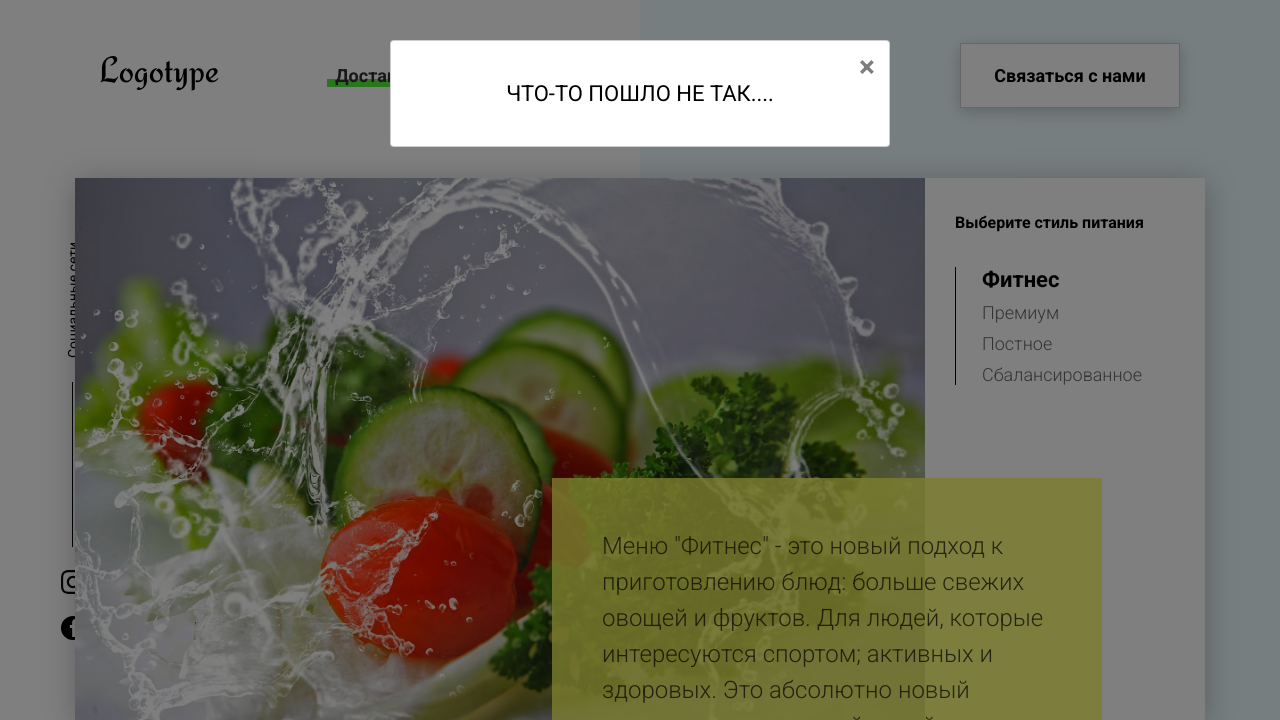
Repository: ne-comilfo/food
Page: index.html
The author's editor kept a copy of each file at every save. The page is drawn from the files as they stood at one save, then again after a run of saves.
The browser window is 1280 px wide. The pictures show the window.
Empty fields were first filled with sample values (such as "Sample", 5 or name@example.com).
After loading, the first visible `form.order__form` was submitted once.
The page's requests for data from a server got no answer. A layer covers the whole window, so only the first screen is drawn.

Above is the page before, as saved 2025-08-06 14:14:08.

After the next 2 saves:
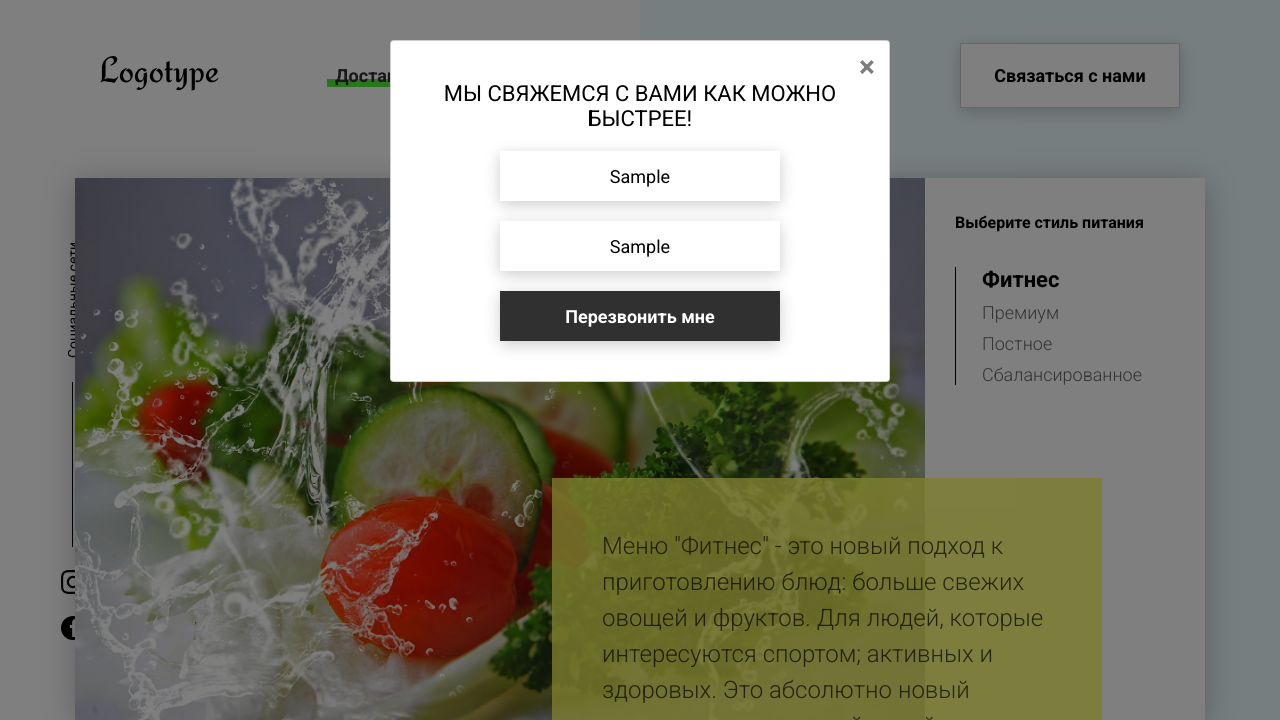
Console error: ReferenceError: co is not defined
The 2 saves are shown as one change because they came seconds apart.
The last was saved 3 min 15 s later.
--- a/js/script.js
+++ b/js/script.js
@@ -204,10 +204,8 @@
             // request.setRequestHeader('Content-type', 'application/json'); // multipart/form-data не нужно юзать вместе с ajax и fetch
 
             const formData = new FormData(form); // могу передать так, могу передать в виде JSON
-            const obj = {};
-            formData.forEach((value, key) => {
-                obj[key] = value;
-            });
+
+            co
 
             sendForm('http://localhost:3000/requests', JSON.stringify(obj)) // пришел промис
                 .then(data => {

After the 2 saves that followed:
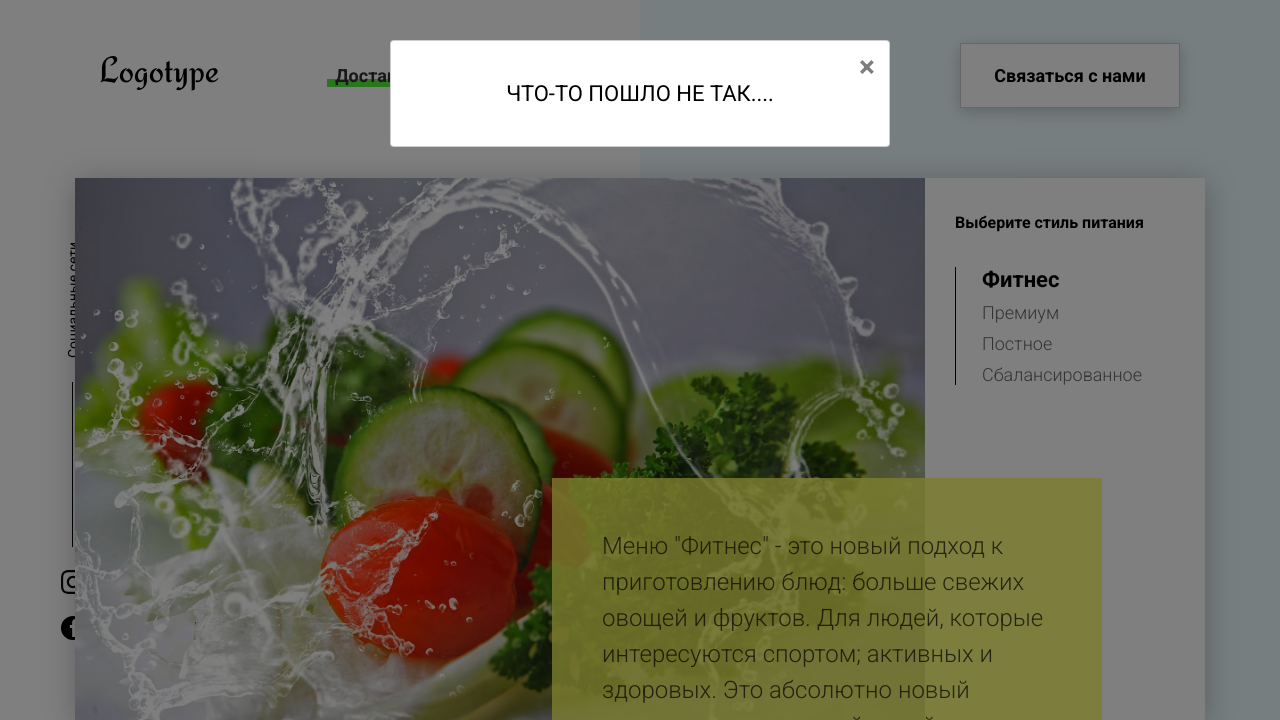
The error is gone.
The 2 saves are shown as one change because they came seconds apart.
The last was saved 7 s later.
--- a/js/script.js
+++ b/js/script.js
@@ -204,8 +204,10 @@
             // request.setRequestHeader('Content-type', 'application/json'); // multipart/form-data не нужно юзать вместе с ajax и fetch
 
             const formData = new FormData(form); // могу передать так, могу передать в виде JSON
-
-            co
+            const obj = {};
+            formData.forEach((value, key) => {
+                obj[key] = value;
+            });
 
             sendForm('http://localhost:3000/requests', JSON.stringify(obj)) // пришел промис
                 .then(data => {
